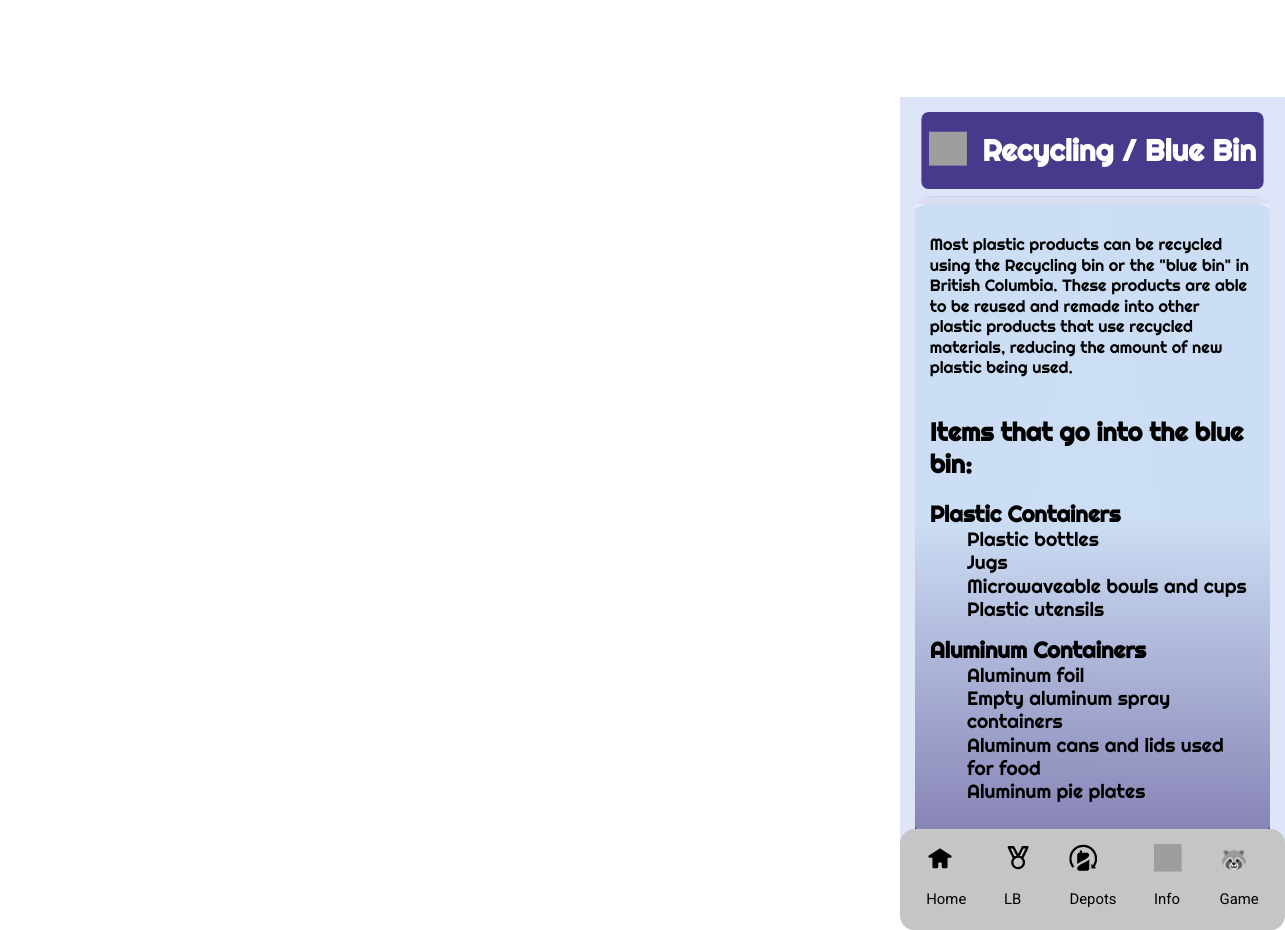
Repository: alemunden/Trash-Scavengers
Page: /InfoGarbage
The author's editor kept a copy of each file at every save. The page is drawn from the files as they stood at one save, then again after the next save.
The browser window is 1280 px wide. The page is 1382 px wide, so the pictures cover 1382 px, including what lies to the right of the window. The pictures show the whole page, at 93% of full size.
Pictures or frames that could not be fetched are drawn as grey boxes. The project was rebuilt for these pictures with package versions that can differ from the ones it lists, and the page was loaded fresh each time. The framework's server and built-in components were replaced by stand-ins that run in the browser. Also part of the build but not shown: next.config.mjs.

Above is the page before, as saved 2024-05-09 12:50:29.

After the next save:
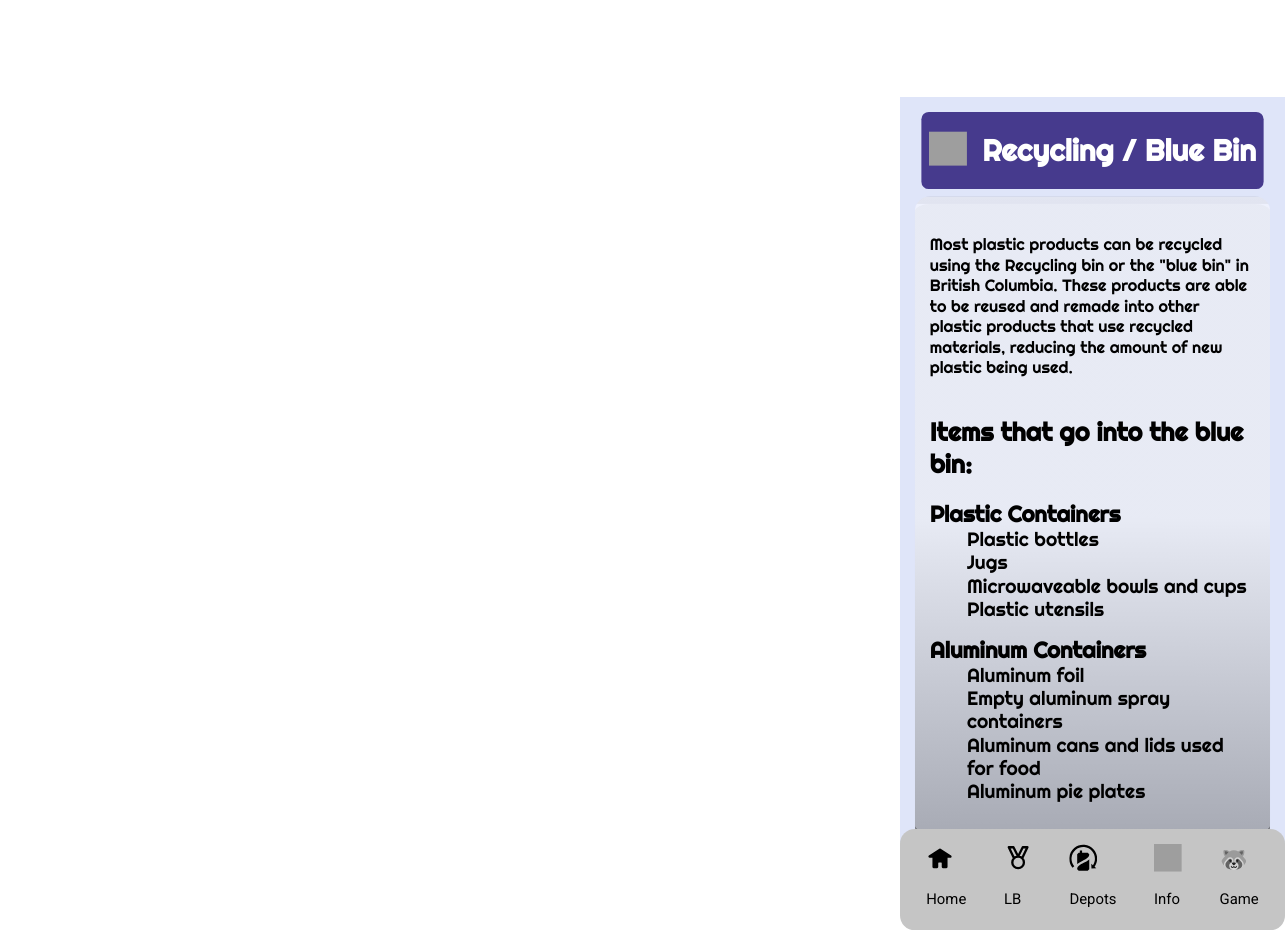
Saved 93 s later.
--- a/styles/InfoGarbage.module.css
+++ b/styles/InfoGarbage.module.css
@@ -31,10 +31,10 @@
     padding: 1rem;
     display: flex;
     flex-direction: column;
-    background-image: linear-gradient(180deg, rgba(185, 215, 240, 0.5) 50%, rgba(48, 35, 115, 0.5) 100%);
+    background-image: linear-gradient(180deg, rgba(240, 240, 240, 0.5) 50%, rgba(113, 113, 113, 0.5) 100%);
     border-radius: 1rem;
     border-top: 0.5rem solid rgba(240, 243, 255, 0.8);
-    border-bottom: 0.5rem solid rgba(42, 16, 78, 0.8);
+    border-bottom: 0.5rem solid rgba(74, 74, 74, 0.8);
     margin: 0 1rem 0 1rem;
 }
 
